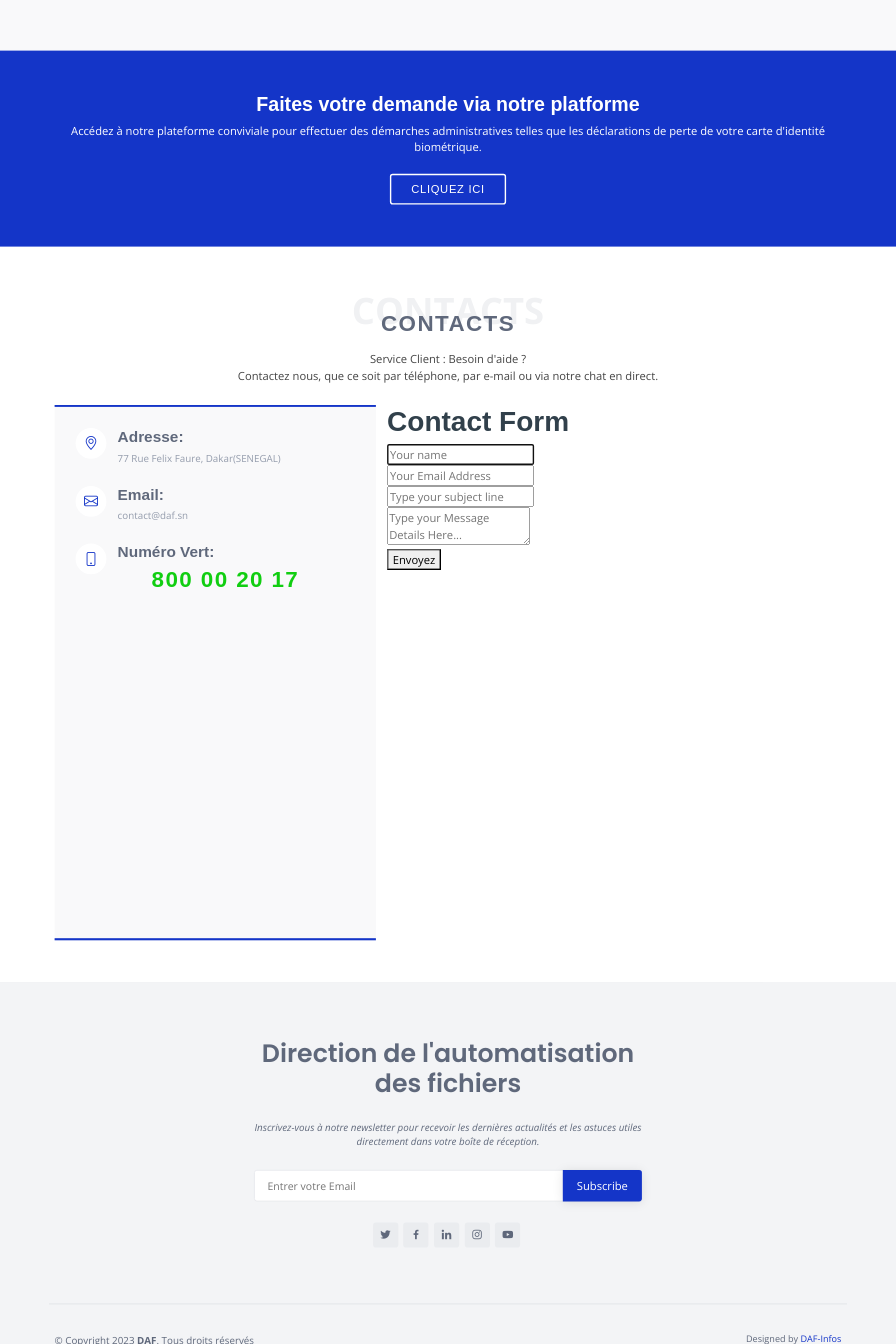
Repository: JunshDev/prodaf
Page: http://localhost/phpmailer/
An editor plug-in stored every save of this project. The page is shown before and after the next save, followed by the edit.
The browser window is 1280 px wide. The pictures show the part of the page from y = 4516 to 6436 px (the page is 6480 px tall), at 70% of full size.
Pictures or frames that could not be fetched are drawn as grey boxes. Some web fonts or font styles are not loaded; a fallback is used. Some web libraries are served in a nearby version. The page is run by PHP 8.4 with error messages shown; the project is at /var/www/html/.

Above is the page before, as saved 2023-11-24 15:30:23.

After the next save:
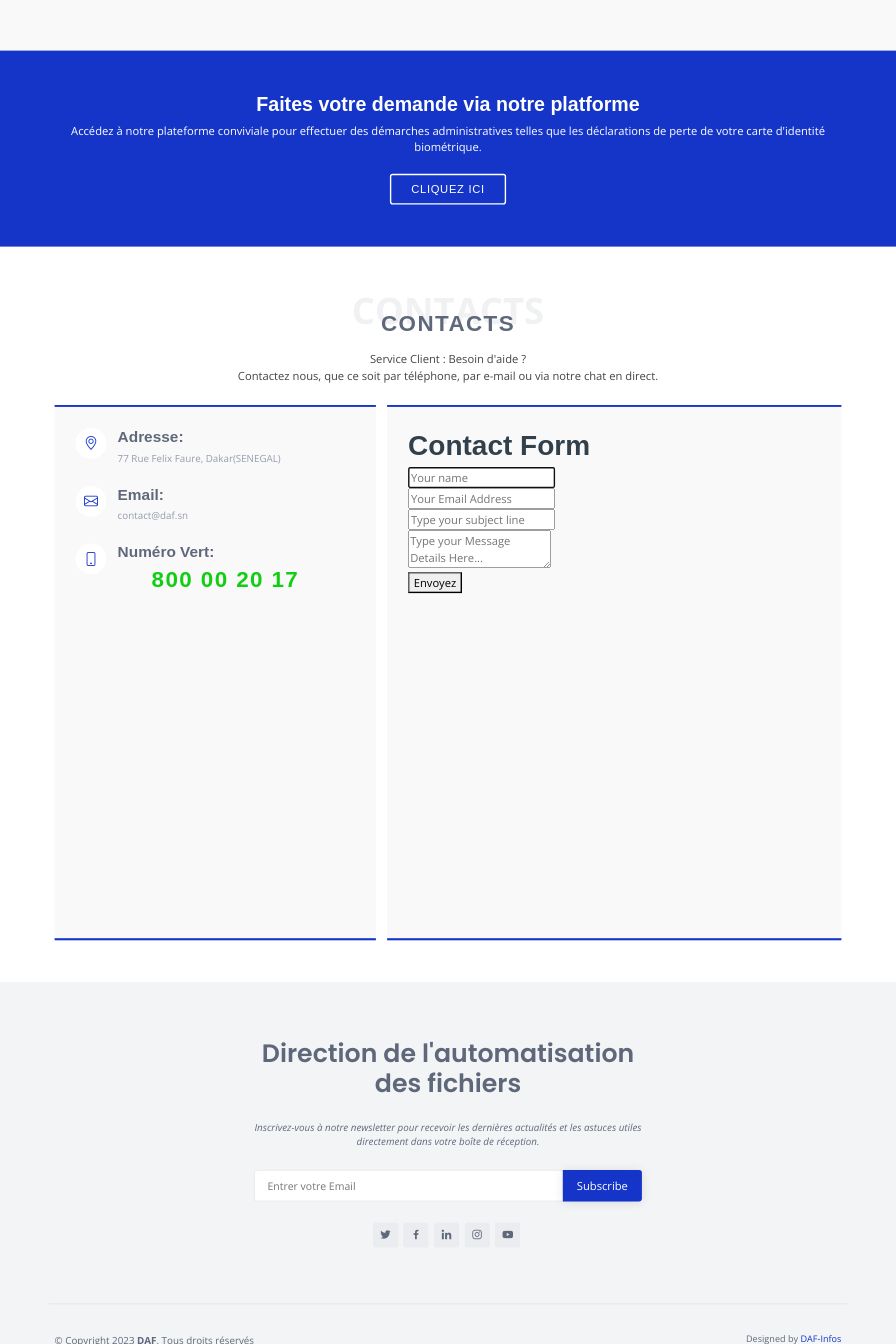
Saved 19 s later.
--- a/assets/css/style.css
+++ b/assets/css/style.css
@@ -1075,6 +1075,14 @@ section {
   color: #fff;
 }
 
+.form{
+  width: 100%;
+  border-top: 3px solid #1435c8;
+  border-bottom: 3px solid #1435c8;
+  padding: 30px;
+  background-color: #f9f9fa;
+}
+
 .contact .php-email-form {
   width: 100%;
   border-top: 3px solid #1435c8;
